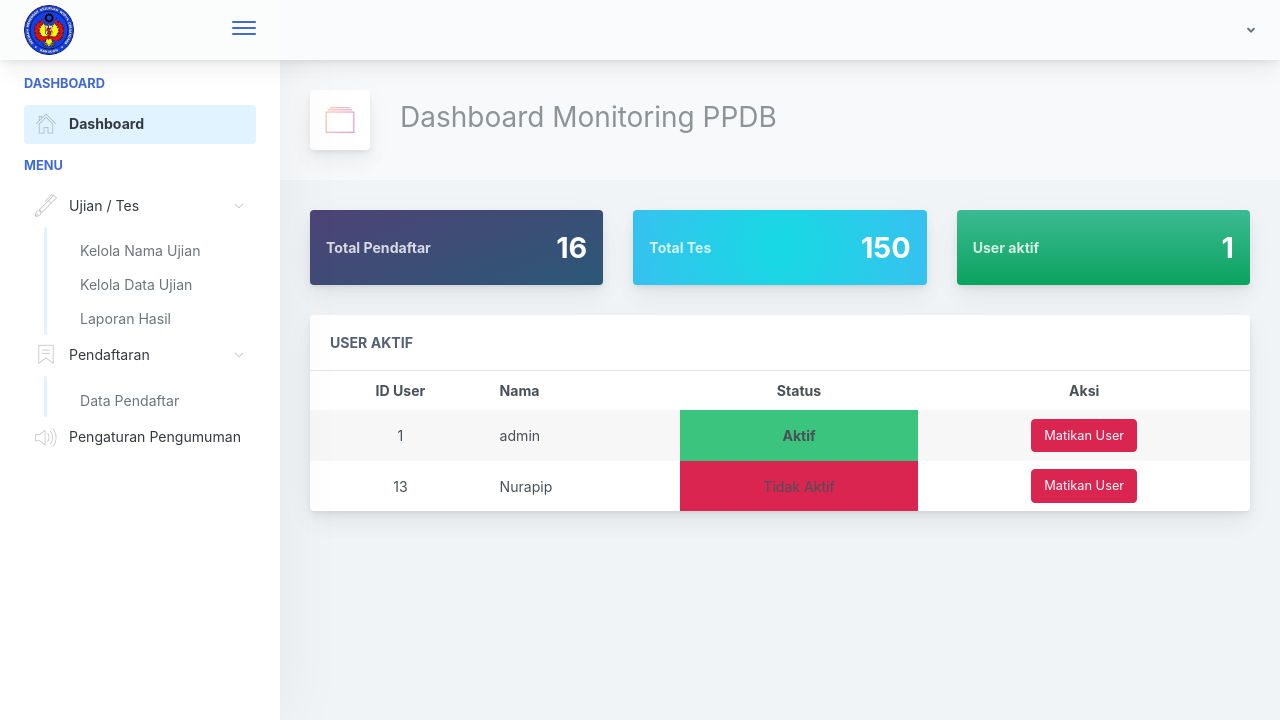
Repository: nooravipp-ux/ppdb-v-2
Page: http://localhost/home
The author's editor kept a copy of each file at every save. The page is drawn from the files as they stood at one save, then again after the next save.
The browser window is 1280 px wide. The pictures show the whole page.
The page is served by the project's Laravel application, run on PHP 8.4 with Laravel 8. The first stored user is signed in. Other server files are loaded and not shown. The database holds what the project's SQL file puts in it.

Above is the page before, as saved 2021-08-27 13:52:36.
Console error: TypeError: Cannot read properties of undefined (reading 'disp')

### routes/web.php
<?php

use Illuminate\Support\Facades\Route;
use Illuminate\Support\Facades\Auth;
use App\Mail\RegistrationMailNotif;
use Illuminate\Support\Facades\Mail;
/*
|--------------------------------------------------------------------------
| Web Routes
|--------------------------------------------------------------------------
|
| Here is where you can register web routes for your application. These
| routes are loaded by the RouteServiceProvider within a group which
| contains the "web" middleware group. Now create something great!
|
*/

Route::get('/', function () {
    return view('welcome');
});

Auth::routes();
Route::auth();
Route::get('/home', [App\Http\Controllers\HomeController::class, 'index'])->name('home');

//Exam Route
Route::get('/manage-exam', [App\Http\Controllers\ManageExamController::class, 'manageExam'])->name('manage-exam');
Route::post('/manage-exam/add-course', [App\Http\Controllers\ManageExamController::class, 'addCourse']);
Route::post('/add-or-update-exam', [App\Http\Controllers\ManageExamController::class, 'addOrUpdateExam'])->name('add-or-update-exam');
Route::get('/manage-exam/manage-exam-question/{id}', [App\Http\Controllers\ManageExamController::class, 'manageExamQuestion'])->name('manage-exam-question.id');
Route::get('/manage-exam/exam-report', [App\Http\Controllers\ManageExamController::class, 'examReport'])->name('exam-report');

Route::post('/manage-exam/manage-exam-question/add-questions', [App\Http\Controllers\QuestionController::class, 'addOrUpdateQuestions'])->name('add-questions');
Route::get('/start-exam/{id}', [App\Http\Controllers\ManageExamController::class, 'startExam'])->name('exam.id');
Route::get('/examination-list', [App\Http\Controllers\ManageExamController::class, 'listExam'])->name('list-exam');

Route::post('/start-exam/submit-exam', [App\Http\Controllers\QuestionController::class, 'submitAnswer']);
Route::get('/start-exam/submit-exam/result/{id}', [App\Http\Controllers\QuestionController::class, 'result'])->name('result.id');




// Registration route
Route::get('/register', [App\Http\Controllers\RegistrationController::class, 'index'])->name('registration');
Route::get('/register/detail/{id}', [App\Http\Controllers\RegistrationController::class, 'getDetailRegister'])->name('detail.id');
Route::get('/register/confirm/{id}', [App\Http\Controllers\RegistrationController::class, 'confirmRegister'])->name('confirm.id');
Route::get('/student-registration', [App\Http\Controllers\RegistrationController::class, 'registrationStudent']);
Route::get('/student-registration/save', [App\Http\Controllers\RegistrationController::class, 'save']);


//biodata
Route::get('/home/biodata', [App\Http\Controllers\BiodataController::class, 'biodata'])->name('biodata');

### app/Http/Controllers/Controller.php
<?php

namespace App\Http\Controllers;

use Illuminate\Foundation\Auth\Access\AuthorizesRequests;
use Illuminate\Foundation\Bus\DispatchesJobs;
use Illuminate\Foundation\Validation\ValidatesRequests;
use Illuminate\Routing\Controller as BaseController;
use Illuminate\Support\Facades\DB;
use Illuminate\Support\Facades\View;
use Illuminate\Support\Facades\Auth;
class Controller extends BaseController
{
    use AuthorizesRequests, DispatchesJobs, ValidatesRequests;
}

### app/Models/User.php
<?php

namespace App\Models;

use Illuminate\Contracts\Auth\MustVerifyEmail;
use Illuminate\Database\Eloquent\Factories\HasFactory;
use Illuminate\Foundation\Auth\User as Authenticatable;
use Illuminate\Notifications\Notifiable;

class User extends Authenticatable
{
    use HasFactory, Notifiable;

    /**
     * The attributes that are mass assignable.
     *
     * @var array
     */
    protected $fillable = [
        'student_id',
        'name',
        'email',
        'password',
        'role_name',
    ];

    /**
     * The attributes that should be hidden for arrays.
     *
     * @var array
     */
    protected $hidden = [
        'password',
        'remember_token',
    ];

    /**
     * The attributes that should be cast to native types.
     *
     * @var array
     */
    protected $casts = [
        'email_verified_at' => 'datetime',
    ];

    protected $table = 'users';
}

### app/Http/Controllers/HomeController.php
<?php

namespace App\Http\Controllers;

use Illuminate\Http\Request;
use App\Models\Exam;
use Illuminate\Support\Facades\DB;
use Illuminate\Support\Facades\Auth;
use App\Models\Registration;
use App\Models\User;

class HomeController extends Controller
{
    /**
     * Create a new controller instance.
     *
     * @return void
     */
    public function __construct(){
        $this->middleware('auth');
    }

    /**
     * Show the application dashboard.
     *
     * @return \Illuminate\Contracts\Support\Renderable
     */
    public function index()
    {
        if(auth()->user()){
            $users = DB::table('users')->get();
            $totalRegister = DB::table('t_registration')->count();
            $totalUserActive = DB::table('users')->where('is_active', 1)->count();

            $announcements  = DB::table('t_announcement')->where('status', 1)->orderBy('created_at', 'DESC')->get();
            return view('home', compact('users', 'totalRegister', 'totalUserActive', 'announcements'));
        }

        return view('home');


    }

    public function listExam(){

    }
}

### resources/views/home.blade.php
@extends('layouts.master')
@section('title', 'PPDB - Dashboard')
@section('content')
@if(auth()->user()->role_name == "admin")
<div class="app-page-title">
    <div class="page-title-wrapper">
        <div class="page-title-heading">
            <div class="page-title-icon">
                <i class=" pe-7s-albums icon-gradient bg-mean-fruit">
                </i>
            </div>
            <div>
                <div class="page-title-subheading">
                    <h3>
                        Dashboard Monitoring PPDB
                    </h3>
                </div>
            </div>
        </div>
        <div class="page-title-actions">
            {{-- <button type="button" data-toggle="tooltip" title="Example Tooltip" data-placement="bottom" class="btn-shadow mr-3 btn btn-dark">
                <i class="fa fa-star"></i>
            </button> --}}
        </div>
    </div>
</div>
<div class="row">
    <div class="col-md-6 col-xl-4">
        <div class="card mb-3 widget-content bg-midnight-bloom">
            <div class="widget-content-wrapper text-white">
                <div class="widget-content-left">
                    <div class="widget-heading">Total Pendaftar</div>
                </div>
                <div class="widget-content-right">
                    <div class="widget-numbers text-white"><span>{{$totalRegister}}</span></div>
                </div>
            </div>
        </div>
    </div>
    <div class="col-md-6 col-xl-4">
        <div class="card mb-3 widget-content bg-arielle-smile">
            <div class="widget-content-wrapper text-white">
                <div class="widget-content-left">
                    <div class="widget-heading">Total Tes</div>
                </div>
                <div class="widget-content-right">
                    <div class="widget-numbers text-white"><span>150</span></div>
                </div>
            </div>
        </div>
    </div>
    <div class="col-md-6 col-xl-4">
        <div class="card mb-3 widget-content bg-grow-early">
            <div class="widget-content-wrapper text-white">
                <div class="widget-content-left">
                    <div class="widget-heading">User aktif</div>
                </div>
                <div class="widget-content-right">
                    <div class="widget-numbers text-white"><span>{{$totalUserActive}}</span></div>
                </div>
            </div>
        </div>
    </div>
    <div class="d-xl-none d-lg-block col-md-6 col-xl-4">
        <div class="card mb-3 widget-content bg-premium-dark">
            <div class="widget-content-wrapper text-white">
                <div class="widget-content-left">
                    <div class="widget-heading">Products Sold</div>
                    <div class="widget-subheading">Revenue streams</div>
                </div>
                <div class="widget-content-right">
                    <div class="widget-numbers text-warning"><span>$14M</span></div>
                </div>
            </div>
        </div>
    </div>
</div>

<div class="row">
    <div class="col-md-12">
        <div class="main-card mb-3 card">
            <div class="card-header">User aktif
                <div class="btn-actions-pane-right">
                </div>
            </div>
            <div class="table-responsive">
                <table class="align-middle mb-0 table table-borderless table-striped table-hover">
                    <thead>
                        <tr>
                            <th class="text-center">ID User</th>
                            <th class="">Nama</th>
                            <th class="text-center">Status</th>
                            <th class="text-center">Aksi</th>
                        </tr>
                    </thead>
                    <tbody>
                        @foreach($users as $user)
                        <tr>
                            <td class="text-center">{{$user->id}}</td>
                            <td>{{$user->name}}</td>
                            @if($user->is_active == 0)
                            <td class="text-center bg-danger">Tidak Aktif</td>
                            @else
                            <td class="text-center bg-success"> <strong> Aktif</strong></td>
                            @endif
                            <td class="text-center"><a href="" class=" btn btn-danger">Matikan User</a></td>
                        </tr>
                        @endforeach
                    </tbody>
                </table>
            </div>
        </div>
    </div>
</div>
@endif
@if(auth()->user()->role_name != "admin")
<div class="app-page-title">
    <div class="page-title-wrapper">
        <div class="page-title-heading">
            <div class="page-title-icon">
                <i class=" pe-7s-notebook icon-gradient bg-mean-fruit">
                </i>
            </div>
            <div>
                <div class="page-title">
                    <h3>Informasi</h3>
                </div>
            </div>
        </div>
        <div class="page-title-actions">
            <button type="button" data-toggle="tooltip" title="Example Tooltip" data-placement="bottom" class="btn-shadow mr-3 btn btn-dark">
                <i class="fa fa-star"></i>
            </button>
        </div>
    </div>
</div>
<div class="row">
    <div class="col-md-12 col-xl-12">
        <div class="card mb-2">
            <h5 class="card-header">Tes Potensi Akademik</h5>
            <div class="card-body">
                <h5 class="card-title"></h5>
                <p class="card-text">Anda Sudah Mengerjakan</p>
                <p>Nilai nya berapa</p>

            </div>
        </div>
    </div>
</div>
<hr>
<div class="row">
    <div class="col-md-12 col-xl-12">
        @foreach($announcements as $announce)
        <div class="card mb-2">
            <h5 class="card-header">{{$announce->title}}</h5>
            <div class="card-body">
                <h5 class="card-title"></h5>
                <p class="card-text"><?php echo html_entity_decode($announce->description); ?></p>
            </div>
        </div>
        @endforeach
    </div>
</div>
@endif

@endsection

### ppdb_backup_v_2.sql (the tables this page reads)
CREATE TABLE `t_announcement` (
  `id` int(11) NOT NULL AUTO_INCREMENT,
  `title` varchar(225) DEFAULT NULL,
  `description` text DEFAULT NULL,
  `status` int(2) DEFAULT NULL,
  `created_at` datetime DEFAULT current_timestamp(),
  PRIMARY KEY (`id`)
) ENGINE=InnoDB AUTO_INCREMENT=6 DEFAULT CHARSET=utf8mb4;

insert  into `t_announcement`(`id`,`title`,`description`,`status`,`created_at`) values 
(4,'test Pengumuman','<p><em>Dalam rangka peringatan hari Sumpah Pemuda, akan segera diadakan beberapa kegiatan. Berbagai acara yang akan diadakan mencerminkan ketangguhan pemuda Indonesia dalam menghadapi tantangan zaman. Datang dan juga jadikanlah sejarah dengan mengunjungi Gedung Pemuda pada:</em><br />\r\n<br />\r\n<em>hari &nbsp; &nbsp; &nbsp; &nbsp;: Kamis</em><br />\r\n<em>tanggal &nbsp; : 24 Oktober 2007</em><br />\r\n<em>waktu &nbsp; &nbsp; &nbsp;: pukul 08.00 s.d. selesai</em><br />\r\n<em>tempat &nbsp; &nbsp; : Jl. Pemuda.</em><br />\r\n<br />\r\n<em>Untuk menumbuhkan rasa cinta tanah air dan juga mengingat pentingnya acara tersebut ajaklah bersama generasi muda di sekolah kamu.</em></p>\r\n\r\n<p><em>Hormat kami,</em></p>\r\n\r\n<p><em><strong>Panitia Peringatan Sumpah Pemuda</strong></em></p>',1,'2021-07-31 01:34:16'),
(5,'Pengumuman Hari Kebangkitan Nasional','<p><em>Diberitahukan kepada seluruh siswa Kelas VII untuk dapat hadir pada peringatan hari Kebangkitan nasional pada:</em></p>\r\n\r\n<p><em>hari &nbsp; &nbsp; &nbsp;: Rabu</em><br />\r\n<em>tanggal : 23 Mei 2007</em><br />\r\n<em>waktu &nbsp; &nbsp;: pukul 8.00 WIB</em><br />\r\n<em>tempat &nbsp; : Lapangan Timur Sekolah</em></p>\r\n\r\n<p><em>Mengingat pentingnya acara tersebut, semua siswa-siswa diharapkan agar hadir tepat pada waktunya. Terimakasih atas perhatian teman-teman sekalian.</em></p>\r\n\r\n<p><em><strong>Dewan Sekolah</strong></em></p>',1,'2021-07-31 01:42:27');

CREATE TABLE `t_registration` (
  `id` bigint(20) NOT NULL AUTO_INCREMENT,
  `student_id` int(11) DEFAULT NULL,
  `status` int(10) DEFAULT 0,
  `date` timestamp NOT NULL DEFAULT current_timestamp(),
  PRIMARY KEY (`id`)
) ENGINE=InnoDB AUTO_INCREMENT=26 DEFAULT CHARSET=utf8mb4;

insert  into `t_registration`(`id`,`student_id`,`status`,`date`) values 
(10,11,1,'2021-07-06 02:49:58'),
(11,12,0,'2021-07-30 22:25:50'),
(12,13,0,'2021-07-30 22:31:39'),
(13,14,0,'2021-07-30 22:32:38'),
(14,15,0,'2021-07-30 22:33:01'),
(15,16,0,'2021-07-30 22:33:38'),
(16,17,0,'2021-07-30 22:33:59'),
(17,18,0,'2021-07-30 22:34:30'),
(18,19,0,'2021-07-30 22:34:43'),
(19,20,0,'2021-07-30 22:35:27'),
(20,21,0,'2021-07-30 22:36:00'),
(21,22,0,'2021-07-30 22:36:35'),
(22,23,0,'2021-07-30 22:39:18'),
(23,24,0,'2021-07-30 22:40:12'),
(24,25,0,'2021-07-30 22:40:55'),
(25,26,0,'2021-07-30 22:41:51');

CREATE TABLE `users` (
  `id` bigint(20) unsigned NOT NULL AUTO_INCREMENT,
  `student_id` int(10) DEFAULT NULL,
  `name` varchar(255) COLLATE utf8mb4_unicode_ci NOT NULL,
  `email` varchar(255) COLLATE utf8mb4_unicode_ci NOT NULL,
  `email_verified_at` timestamp NULL DEFAULT NULL,
  `password` varchar(255) COLLATE utf8mb4_unicode_ci NOT NULL,
  `remember_token` varchar(100) COLLATE utf8mb4_unicode_ci DEFAULT NULL,
  `role_name` varchar(255) COLLATE utf8mb4_unicode_ci DEFAULT NULL,
  `created_at` timestamp NULL DEFAULT current_timestamp(),
  `updated_at` timestamp NULL DEFAULT current_timestamp(),
  `is_active` int(2) DEFAULT 0,
  PRIMARY KEY (`id`),
  UNIQUE KEY `users_email_unique` (`email`)
) ENGINE=InnoDB AUTO_INCREMENT=14 DEFAULT CHARSET=utf8mb4 COLLATE=utf8mb4_unicode_ci;

insert  into `users`(`id`,`student_id`,`name`,`email`,`email_verified_at`,`password`,`remember_token`,`role_name`,`created_at`,`updated_at`,`is_active`) values 
(1,NULL,'admin','admin@admin.com',NULL,'$2y$10$uAA/DJxTI0S5s46nzAXOROap5j1jFE4vs9OiCyqKUpPdDpn8.9xze',NULL,'admin','2021-06-24 12:06:04','2021-06-24 12:06:04',1),
(13,11,'Nurapip','nooravipp9@gmail.com',NULL,'$2y$10$u3sl3QpPcR4CYi5NnP5NoOi.RLYxBp37tsGpfqSPnJYEY/FCyLHJa',NULL,'siswa','2021-07-05 19:50:31','2021-07-05 19:50:31',0);

Loaded but not shown: app/Http/Controllers/Auth/ConfirmPasswordController.php (common file); public/admin-panel/main.css (library); public/admin-panel/js/jquery.js (library); public/admin-panel/js/sweetalert.js (library); public/admin-panel/js/ajax.js (537 lines, source omitted); public/admin-panel/js/facebox.js (317 lines, source omitted); public/admin-panel/js/myjs.js (123 lines, source omitted); resources/views/admin/modal.blade.php (309 lines, source omitted); resources/views/layouts/master.blade.php (252 lines, source omitted)

After the next save:
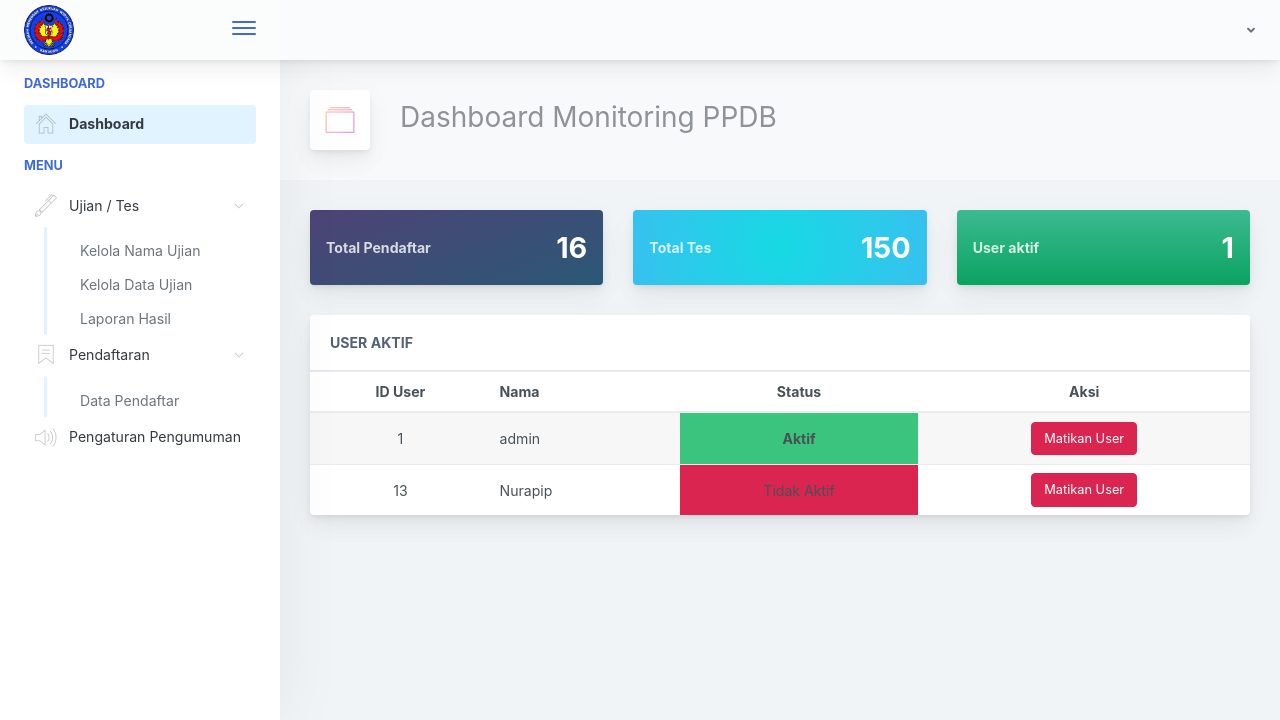
Saved 21 s later.
--- a/resources/views/home.blade.php
+++ b/resources/views/home.blade.php
@@ -84,7 +84,7 @@
                 </div>
             </div>
             <div class="table-responsive">
-                <table class="align-middle mb-0 table table-borderless table-striped table-hover">
+                <table class="align-middle mb-0 table table-border table-striped table-hover">
                     <thead>
                         <tr>
                             <th class="text-center">ID User</th>

After the save that followed:
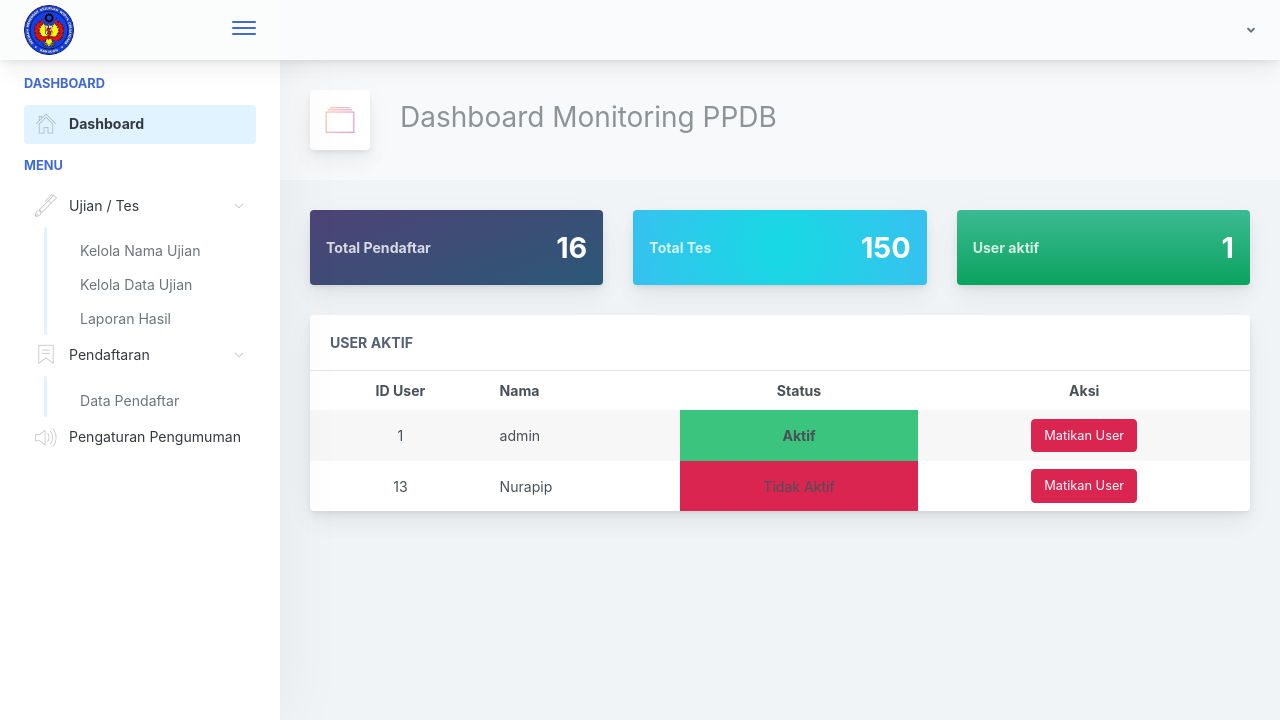
Saved 5 s later.
--- a/resources/views/home.blade.php
+++ b/resources/views/home.blade.php
@@ -84,7 +84,7 @@
                 </div>
             </div>
             <div class="table-responsive">
-                <table class="align-middle mb-0 table table-border table-striped table-hover">
+                <table class="align-middle mb-0 table table-borderless table-striped table-hover">
                     <thead>
                         <tr>
                             <th class="text-center">ID User</th>
